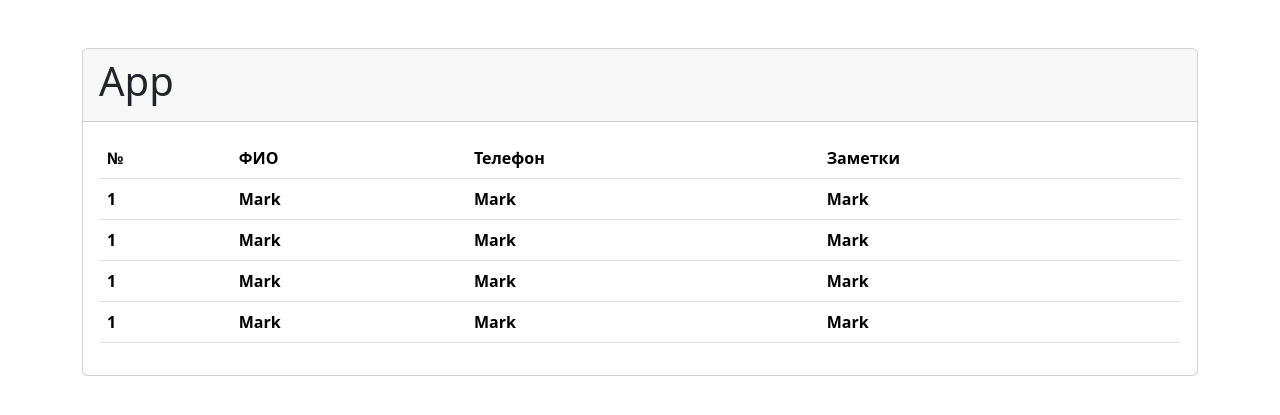
Repository: tatacheba/appstepikjavareact
Page: / (app in client/)
An editor plug-in stored every save of this project. The page is shown before and after the next save, followed by the edit.
The browser window is 1280 px wide. The pictures show the whole page.
The project was rebuilt for these pictures with package versions that can differ from the ones it lists, and the page was loaded fresh each time. Also part of the build but not shown: client/src/App.css.

Above is the page before, as saved 2024-11-25 09:31:46.

After the next save:
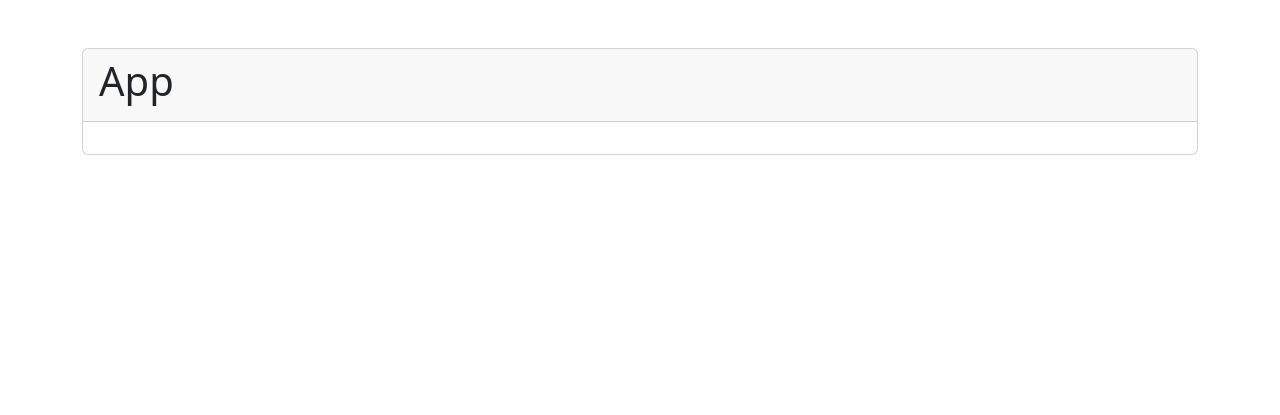
Saved 9 s later.
--- a/client/src/App.js
+++ b/client/src/App.js
@@ -7,44 +7,7 @@
                 <div className="card-header">
                     <h1>App</h1>
                 </div>
-                <div className="card-body">
-                    <table className="table table-hover">
-                        <thead>
-                            <tr>
-                                <th scope="col">№</th>
-                                <th scope="col">ФИО</th>
-                                <th scope="col">Телефон</th>
-                                <th scope="col">Заметки</th>
-                            </tr>
-                        </thead>
-                        <tbody>
-                            <tr>
-                                <th scope="row">1</th>
-                                <th>Mark</th>
-                                <th>Mark</th>
-                                <th>Mark</th>
-                            </tr>
-                            <tr>
-                                <th scope="row">1</th>
-                                <th>Mark</th>
-                                <th>Mark</th>
-                                <th>Mark</th>
-                            </tr>
-                            <tr>
-                                <th scope="row">1</th>
-                                <th>Mark</th>
-                                <th>Mark</th>
-                                <th>Mark</th>
-                            </tr>
-                            <tr>
-                                <th scope="row">1</th>
-                                <th>Mark</th>
-                                <th>Mark</th>
-                                <th>Mark</th>
-                            </tr>
-                        </tbody>
-                    </table>
-                </div>
+                <div className="card-body"></div>
             </div>
         </div>
     );

After the 2 saves that followed:
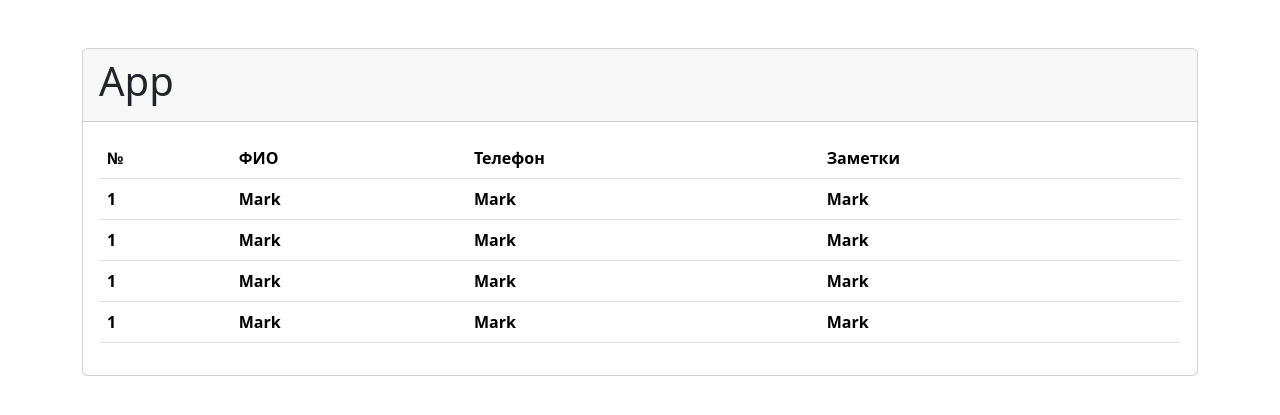
The 2 saves are shown as one change because 1 left the picture as it was.
The last was saved 2 min 35 s later.
--- a/client/src/App.js
+++ b/client/src/App.js
@@ -1,4 +1,5 @@
 import "./App.css";
+import TablewView from "./layouts/tableView/TablewView";
 
 function App() {
     return (
@@ -7,7 +8,9 @@
                 <div className="card-header">
                     <h1>App</h1>
                 </div>
-                <div className="card-body"></div>
+                <div className="card-body">
+                    <TablewView />
+                </div>
             </div>
         </div>
     );
--- a/client/src/layouts/tableView/TablewView.js
+++ b/client/src/layouts/tableView/TablewView.js
@@ -2,6 +2,43 @@ import React, { Component } from "react";
 
 export default class TablewView extends Component {
     render() {
-        return <div>TablewView</div>;
+        return (
+            <table className="table table-hover">
+                <thead>
+                    <tr>
+                        <th scope="col">№</th>
+                        <th scope="col">ФИО</th>
+                        <th scope="col">Телефон</th>
+                        <th scope="col">Заметки</th>
+                    </tr>
+                </thead>
+                <tbody>
+                    <tr>
+                        <th scope="row">1</th>
+                        <th>Mark</th>
+                        <th>Mark</th>
+                        <th>Mark</th>
+                    </tr>
+                    <tr>
+                        <th scope="row">1</th>
+                        <th>Mark</th>
+                        <th>Mark</th>
+                        <th>Mark</th>
+                    </tr>
+                    <tr>
+                        <th scope="row">1</th>
+                        <th>Mark</th>
+                        <th>Mark</th>
+                        <th>Mark</th>
+                    </tr>
+                    <tr>
+                        <th scope="row">1</th>
+                        <th>Mark</th>
+                        <th>Mark</th>
+                        <th>Mark</th>
+                    </tr>
+                </tbody>
+            </table>
+        );
     }
 }
